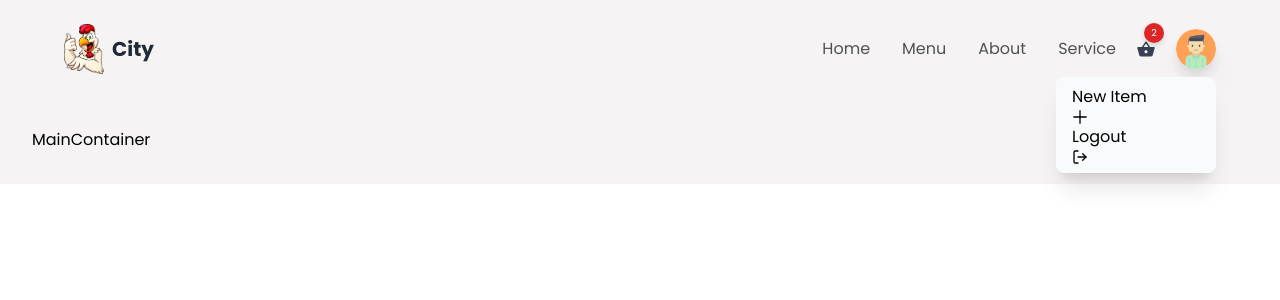
Repository: shikubro90/foodApp
Page: /
An editor plug-in stored every save of this project. The page is shown before and after the next save, followed by the edit.
The browser window is 1280 px wide. The pictures show the whole page.
The project was rebuilt for these pictures with package versions that can differ from the ones it lists, and the page was loaded fresh each time. Also part of the build but not shown: src/Components/CreateContainer.jsx.

Above is the page before, as saved 2022-09-21 19:29:23.

### src/index.js
import React from 'react'
import ReactDOM from 'react-dom/client'
import './index.css'
import App from './App'

import {BrowserRouter} from 'react-router-dom'

import {StateProvider} from './context/StateProvider'
import {initialState} from './context/InitialState'
import reducer from './context/reducer'

const root = ReactDOM.createRoot(document.getElementById('root'));
root.render(
  <React.StrictMode>
    <BrowserRouter>
      <StateProvider initialState={initialState} reducer={reducer}>
        <App />
      </StateProvider>
    </BrowserRouter>
  </React.StrictMode>
);

### src/index.css
@import url(https://fonts.googleapis.com/css?family=Poppins:100,100italic,200,200italic,300,300italic,regular,italic,500,500italic,600,600italic,700,700italic,800,800italic,900,900italic);

*{
    margin: 0;
    padding: 0;
    box-sizing: border-box;
}
body{
    font-family: "Poppins", sans-serif, system-ui, -apple-system, BlinkMacSystemFont, 'Segoe UI', Roboto, Oxygen, Ubuntu, Cantarell, 'Open Sans', 'Helvetica Neue', sans-serif;
}

html, body{
    scroll-behavior: smooth;
}

@tailwind base;
@tailwind components;
@tailwind utilities;

@layer components {
    .newDishCard {
      @apply w-225 h-auto p-4 rounded-2xl shadow-2xl duration-100 ease-in-out bg-cardColor backdrop-blur-md hover:shadow-none hover:bg-gradient-to-bl from-emerald-400 to-emerald-700 flex flex-col items-center justify-center relative;
    }
  }

### src/App.js
import React from 'react'
import { Header, CreateContainer, MainContainer } from './Components'
import {Route, Routes} from 'react-router-dom'
import {AnimatePresence} from 'framer-motion'

const App = () => {
  return (
    <AnimatePresence>
      <div className="w-screen h-auto flex flex-col bg-primary ">
          <Header/>
          <main className='mt-24 p-8 w-full'>
            <Routes>
              <Route path='/' element={<MainContainer/>}/>
              <Route path='create' element={<CreateContainer/>}/>
            </Routes>
          </main>
      </div>
    </AnimatePresence>
  )
}

export default App

### src/context/InitialState.js
import { fetchUser } from "../utils/localStorageData"

const userInfo = fetchUser()

export const initialState = {
    user: userInfo,


}

### src/context/reducer.js
export const actionType = {
    SET_USER : "SET_USER"
};

const reducer = (state, action) =>{
    switch (action.type) {
        case actionType.SET_USER:
          return {
            ...state,
            user: action.user,
          };
        default :
        return state;
    }
}

export default reducer;

### src/Components/index.js
export {default as Header} from './Header'
export {default as MainContainer} from './MainContainer'
export {default as CreateContainer} from './CreateContainer'

### src/utils/localStorageData.js
export const fetchUser =()=>{
    const userInfo = localStorage.getItem("user") !== "undefined" ?
    JSON.parse(localStorage.getItem("user")): localStorage.clear();

    return userInfo
}

### src/Components/Header.jsx
import logo from '../img/logo.png'
import { IoMdBasket } from 'react-icons/io'
import {GrAdd} from 'react-icons/gr'
import {FiLogOut} from 'react-icons/fi'
import Avatar from '../img/avatar.png'
import { motion } from 'framer-motion'
import { Link, NavLink } from 'react-router-dom'

// firebase auth
import { getAuth, GoogleAuthProvider, signInWithPopup } from 'firebase/auth'

// get app from firebase.config.js file
import { app } from '../Firebase.config'
import { useStateValue } from '../context/StateProvider'
import { actionType } from '../context/reducer'


const Header = () => {

  const firebaseAuth = getAuth(app)
  const provider = new GoogleAuthProvider()
  const [{ user }, dispatch] = useStateValue();


  const login = async () => {
    if (!user){
      const {
        user: {refreshToken, providerData }
      } = await signInWithPopup(firebaseAuth, provider)
      dispatch({
        type: actionType.SET_USER,
        user: providerData[0],
      })
      localStorage.setItem("user", JSON.stringify(providerData[0]))
    }
  }


  return (
    <div className="fixed z-50 w-screen p-3 px-4 md:p-6 md:px-16 bg-primary">
      {/* Desktop & Tablet */}
      <div className="hidden md:flex w-full h-full items-center justify-between">
        <NavLink to={'/'}>
          <motion.div
            whileTap={{ scale: 0.6 }}
            className="flex items-center gap-2"
          >
            <img src={logo} alt="logo" className="w-10 object-cover" />
            <p className="text-gray-800 text-xl font-bold">City</p>
          </motion.div>
        </NavLink>

        <div className="flex justify-center items-center">
          <ul className="flex items-center justify-center gap-8 ml-auto">
            <li className="text-base text-textColor cursor-pointer hover:text-gray-600 duration-100 ease-in-out">
              Home
            </li>
            <li className="text-base text-textColor cursor-pointer hover:text-gray-600 duration-100 ease-in-out">
              Menu
            </li>
            <li className="text-base text-textColor cursor-pointer hover:text-gray-600 duration-100 ease-in-out">
              About
            </li>
            <li className="text-base text-textColor cursor-pointer hover:text-gray-600 duration-100 ease-in-out">
              Service
            </li>
          </ul>

          <div className="relative flex items-center justify-center ml-5 cursor-pointer">

            <motion.div whileTap={{ scale: 0.6 }}>
              <IoMdBasket className="text-xl text-gray-700" />
              <motion.span
                whileHover={{ scale: 1.1 }}
                className="drop-shadow-md rounded-full w-5 h-5 bg-cart bg-car bg-red-600 flex justify-center items-center text-[.6rem] text-white -top-4 -right-2 absolute"
              >
                2
              </motion.span>
            </motion.div>

          </div>

          <div className="relative">

            <motion.img
              whileTap={{ scale: 0.6 }}
              src={user ? user.photoURL : Avatar}
              alt=""
              className="w-6 h-6 min-w-[40px] min-h-[40px] ml-5 cursor-pointer drop-shadow-xl rounded-full"
              onClick={login}
            />
            <div className='w-40 shadow-xl absolute bg-gray-50 right-0 top-12 rounded-lg flex flex-col px-4 py-2'>
              <p className=''>New Item <GrAdd/></p>
              <p className=''>Logout <FiLogOut/></p>
            </div>

          </div>
        </div>
      </div>

      {/* Mobile */}
      <div className="flex md:hidden w-full h-full bg-blue-400">Mobile</div>
    </div>
  )
}

export default Header

### src/Firebase.config.js
import {getApp, getApps, initializeApp} from "firebase/app"
import {getFirestore} from "firebase/firestore"
import {getStorage} from "firebase/storage"

const firebaseConfig = {
    apiKey: "AIzaSyAGBeUhrzzT-68kroIN5G62mBqU-b-5so0",
    authDomain: "foodapp-6e162.firebaseapp.com",
    databaseURL: "https://foodapp-6e162-default-rtdb.firebaseio.com",
    projectId: "foodapp-6e162",
    storageBucket: "foodapp-6e162.appspot.com",
    messagingSenderId: "875229452645",
    appId: "1:875229452645:web:13552ebbe293467d7f698c"
  };

const app = getApps.length>0? getApp() : initializeApp(firebaseConfig);
const fireStore = getFirestore(app)
const storage = getStorage(app)

export {app, fireStore, storage}

### tailwind.config.js
/** @type {import('tailwindcss').Config} */
module.exports = {
  content: ['./src/**/*.{js,jsx,ts,tsx}'],
  theme: {
    extend: {
      width: {
        150: "150px",
        190: "190px",
        225: "225px",
        275: "275px",
        300: "300px",
        340: "340px",
        350: "350px",
        375: "375px",
        460: "460px",
        656: "656px",
        880: "880px",
        508: "508px",
      },
      height: {
        80: "80px",
        150: "150px",
        225: "225px",
        300: "300px",
        340: "340px",
        370: "370px",
        420: "420px",
        510: "510px",
        600: "600px",
        650: "650px",
        685: "685px",
        800: "800px",
        "90vh": "90vh",
      },
      minWidth: {
        210: "210px",
        350: "350px",
        620: "620px",
      },
      screens: {
        sm: "640px",
        md: "768px",
        lg: "1024px",
        xl: "1280px",
        "2xl": "1536px",
      },
      colors: {
        headingColor: "#2e2e2e",
        textColor: "#515151",
        cartNumBg: "#e80013",
        primary: "#f5f3f3",
        cardOverlay: "rgba(256,256,256,0.4)",
        lighttextGray: "#9ca0ab",
        card: "rgba(256,256,256,0.8)",
        cartBg: "#282a2c",
        cartItem: "#2e3033",
        cartTotal: "#343739",
      },
    },
  },
  plugins: [],
}

Loaded but not shown: src/context/StateProvider.js (common file); src/Components/MainContainer.jsx (common file)

After the next save:
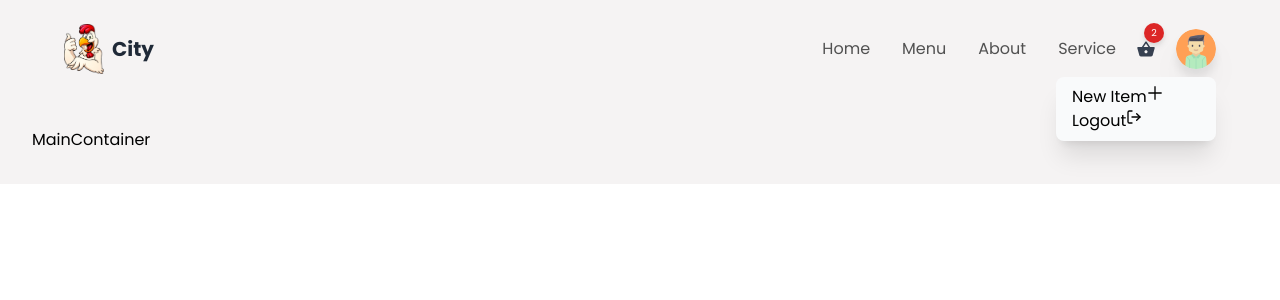
Saved 6 s later.
--- a/src/Components/Header.jsx
+++ b/src/Components/Header.jsx
@@ -90,8 +90,8 @@ const Header = () => {
               onClick={login}
             />
             <div className='w-40 shadow-xl absolute bg-gray-50 right-0 top-12 rounded-lg flex flex-col px-4 py-2'>
-              <p className=''>New Item <GrAdd/></p>
-              <p className=''>Logout <FiLogOut/></p>
+              <p className='flex'>New Item <GrAdd/></p>
+              <p className='flex'>Logout <FiLogOut/></p>
             </div>
 
           </div>
